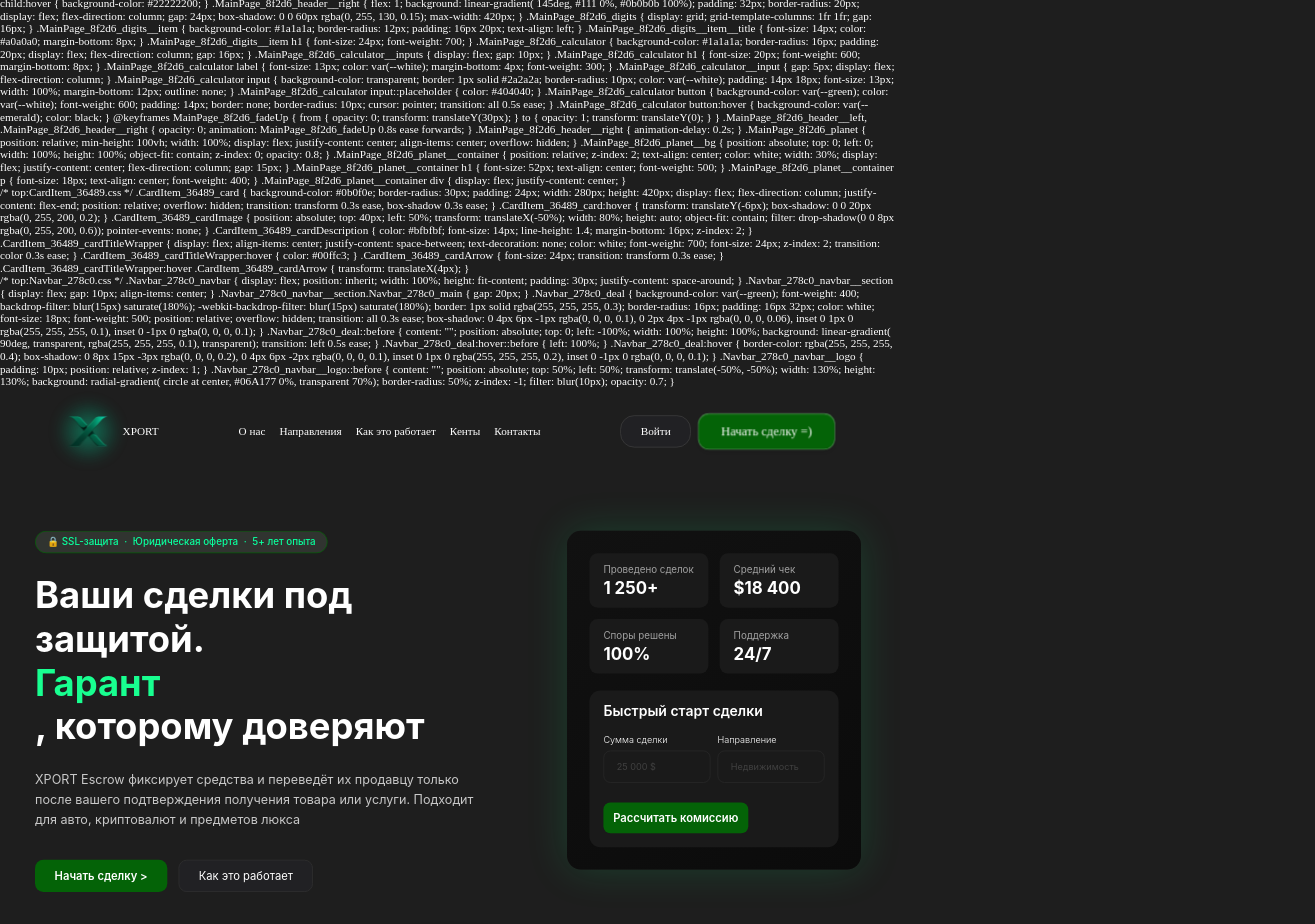
Repository: 1mpuryyyyy/x-port
Page: /x-port/
The author's editor kept a copy of each file at every save. The page is drawn from the files as they stood at one save, then again after the next save.
The browser window is 1280 px wide. The page is 1879 px wide, so the pictures cover 1879 px, including what lies to the right of the window. The pictures show the part of the page from y = 1336 to 2656 px (the page is 5090 px tall before and 5108 px after), at 70% of full size.
The project was rebuilt for these pictures with package versions that can differ from the ones it lists, and the page was loaded fresh each time. Also part of the build but not shown: vite.config.js.

Above is the page before, as saved 2025-10-09 03:24:33.

### index.html
<!doctype html>
<html lang="en">

<head>
    <meta charset="UTF-8" />
    <link rel="icon" type="image/svg+xml" href="/logo.svg" />
    <meta name="viewport" content="width=device-width, initial-scale=1.0" />
    <title>XPORT</title>
</head>

<body>
    <div id="root"></div>
    <script type="module" src="/src/main.jsx"></script>
</body>

</html>

### src/index.css
:root {
    --display: #1E1E1E;
    --grey: #212124;
    --green: #046307;
    --bg-card: #303430;
    --gold: #D79A19;
    --blue: #1735B1;
    --emerald: #00C36D;
    --light-green: #0AFF9D;
    --white: #ffff;
    --transparent: rgba(255, 255, 255, 0.15);
    --light-grey: #404040;
}

* {
    margin: 0;
    padding: 0;
    box-sizing: border-box;
    text-decoration: none;
    border: none;
    font-size: 100%;
    font: inherit;
    font-family: "Helvetica Neue", Helvetica, Arial, sans-serif;
    color: var(--white)
}

::-webkit-scrollbar {
    width: 8px;
}

::-webkit-scrollbar-track {
    background: transparent;
}

::-webkit-scrollbar-thumb {
    background-color: var(--transparent);
    backdrop-filter: blur(10px) saturate(180%);
    -webkit-backdrop-filter: blur(10px) saturate(180%);
    border-radius: 6px;
    border: 1px solid rgba(255, 255, 255, 0.1);
}

::-webkit-scrollbar-thumb:hover {
    background-color: rgba(255, 255, 255, 0.1);
    backdrop-filter: blur(12px) saturate(200%);
    -webkit-backdrop-filter: blur(12px) saturate(200%);
}

ol,
ul {
    list-style: none;
}

blockquote,
q {
    quotes: none;
}

table {
    border-collapse: collapse;
    border-spacing: 0;
}

button {
    border: none;
    cursor: pointer;
    border-radius: 20px;
    background-color: var(--grey);
    border: 1px solid;
    border-color: var(--light-grey);
    padding: 14px 28px;
    color: white;
    font-weight: 300;
    display: flex;
    align-items: center;
    justify-content: center;
    transition: 0.3s ease;
}

body {
    background-color: var(--display);
    min-height: 100vh;
    line-height: 1;
}

### src/App.jsx
import { Provider } from "react-redux";
import { RouterProvider, createBrowserRouter } from "react-router-dom";
import "./App.css";
import { MainPage } from "./components/MainPage/MainPage.jsx";
import Layout from "./components/Layout.jsx";

const router = createBrowserRouter(
    [
        {
            path: "/",
            element: <Layout />,
            children: [
                {
                    path: "",
                    element: <MainPage />,
                },
            ],
        },
    ],
    {
        basename: '/x-port',
    }
);


function App() {
    return (
        <>
            {/* <Provider store={store}> */}
            <RouterProvider router={router}></RouterProvider>
            {/* </Provider> */}
        </>
    );
}

export default App;

### src/App.css
:root {
    --display: #1E1E1E;
    --green: #046307;
    --bg-card: #303430;
    --gold: #D79A19;
    --blue: #1735B1;
    --emerald: #00C36D;
    --light-green: #0AFF9D;
    --white: #ffff;
}

* {
    display: block;
    margin: 0;
    padding: 0;
    box-sizing: border-box;
    text-decoration: none;
    border: none;
    font-size: 100%;
    font: inherit;
}

body {
    line-height: 1;
}

ol,
ul {
    list-style: none;
}

blockquote,
q {
    quotes: none;
}

blockquote:before,
blockquote:after,
q:before,
q:after {
    content: '';
    content: none;
}

table {
    border-collapse: collapse;
    border-spacing: 0;
}

### src/components/MainPage/MainPage.jsx
import style from './MainPage.module.css';
import planet from "../../assets/planet.png";
import house from "../../assets/house.png";
import car from "../../assets/car.png";
import CardItem from "../CardItem/CardItem";
import lux from "../../assets/lux.png";
import b2b from "../../assets/b2b.png";

export const MainPage = () => {
    return (
        <section>
            <div className={style.header}>
                <div className={style.header__left}>
                    <div className={style.header__left__benchmark}>
                        <span>🔒 SSL-защита</span>
                        <span>·</span>
                        <span>Юридическая оферта</span>
                        <span>·</span>
                        <span>5+ лет опыта</span>
                    </div>

                    <h1 className={style.header__left__title}>Ваши сделки под защитой. <span>Гарант</span>, которому доверяют</h1>
                    <p className={style.header__left__description}>XPORT Escrow фиксирует средства и переведёт их продавцу только после вашего подтверждения получения товара или услуги. Подходит для авто, криптовалют и предметов люкса</p>
                    <div className={style.header__left__buttons}>
                        <button className={style.greenButton}>Начать сделку {">"} </button>
                        <button>Как это работает </button>
                    </div>
                </div>
                <div className={style.header__right}>
                    <div className={style.digits}>
                        <div className={style.digits__item}>
                            <p className={style.digits__item__title}>Проведено сделок</p>
                            <h1>1 250+</h1>
                        </div>
                        <div className={style.digits__item}>
                            <p className={style.digits__item__title}>Средний чек</p>
                            <h1>$18 400</h1>
                        </div>
                        <div className={style.digits__item}>
                            <p className={style.digits__item__title}>Споры решены</p>
                            <h1>100%</h1>
                        </div>
                        <div className={style.digits__item}>
                            <p className={style.digits__item__title}>Поддержка</p>
                            <h1>24/7</h1>
                        </div>
                    </div>
                    <div className={style.calculator}>
                        <h1>Быстрый старт сделки</h1>
                        <div className={style.calculator__inputs}>
                            <div className={style.calculator__input}>
                                <label htmlFor="amount">Сумма сделки</label>
                                <input type="text" id="amount" placeholder="25 000 $" />
                            </div>
                            <div className={style.calculator__input}>
                                <label htmlFor="direction">Направление</label>
                                <input type="text" id="direction" placeholder="Недвижимость" />
                            </div>
                        </div>
                        <div>
                            <button>Рассчитать комиссию</button>
                        </div>
                    </div>
                </div>
            </div>
            <div className={style.planet}>
                <img
                    src={planet}
                    alt="planet background"
                    className={style.planet__bg}
                />
                <div className={style.planet__container}>
                    <h1>На любой точке планеты</h1>
                    <p>купи купи купи купи купи купи купи купи купи купи купи купи купи купи купи купи купи</p>
                    <div>
                        <button className={style.greenButton}>Начать сделку ={">"}</button>
                    </div>
                </div>
            </div>
            <div className={style.cards}>
                <CardItem
                    imageUrl={house}
                    title="Недвижимость >"
                    description="lorem ipsum lorem ipsum lorem ipsum lorem ipsum"
                    link="#"
                />
                <CardItem
                    imageUrl={car}
                    title="Автомобили >"
                    description="lorem ipsum lorem ipsum lorem ipsum lorem ipsum"
                    link="#"
                />
                <CardItem
                    imageUrl={lux}
                    title="Люкосвые товары >"
                    description="lorem ipsum lorem ipsum lorem ipsum lorem ipsum"
                    link="#"
                />
                <CardItem
                    imageUrl={b2b}
                    title="B2B сделки >"
                    description="lorem ipsum lorem ipsum lorem ipsum lorem ipsum"
                    link="#"
                />
            </div>

        </section>
    );
}

### src/components/Layout.jsx
// import { useSelector } from "react-redux";
import { Navigate, Outlet } from "react-router-dom";
import Navbar from "./Navbar/Navbar.jsx";;

export default function Layout() {
    // const isAuthenticated = useSelector(state => state.auth.isAuthenticated);
    return (
        <div>
            {/* {!isAuthenticated && <Navigate to={"/"} />} */}
            <Navbar />
            <Outlet />
        </div>
    );
}

### src/components/MainPage/MainPage.module.css
section {
    color: #ffffff;
    padding: 80px 50px;
    min-height: 100vh;
    display: flex;
    align-items: center;
    justify-content: center;
    font-family: 'Inter', sans-serif;
    flex-direction: column;
}

/* Общий контейнер */
.header {
    display: flex;
    justify-content: space-between;
    align-items: flex-start;
    gap: 80px;
    width: 100%;
    max-width: 1400px;
}

/* Левая часть */
.header__left {
    flex: 1;
    display: flex;
    flex-direction: column;
    gap: 30px;
}

.header__left__benchmark {
    background-color: #303430;
    border: 1px solid #046307;
    color: #0AFF9D;
    border-radius: 999px;
    display: inline-flex;
    align-items: center;
    gap: 8px;
    padding: 8px 16px;
    font-size: 14px;
    font-weight: 500;
    width: fit-content;
}

.header__left__benchmark span {
    color: #0AFF9D;
}

.header__left__title {
    font-size: 52px;
    font-weight: 700;
    line-height: 1.2;
    max-width: 640px;
}

.header__left__title span {
    color: #18ff90;
}

.header__left__description {
    font-size: 18px;
    color: #c8c8c8;
    max-width: 640px;
    line-height: 1.6;
}

.header__left__buttons {
    display: flex;
    gap: 16px;
    margin-top: 12px;
}

.greenButton {
    background-color: var(--green);
    color: var(--white);
    font-weight: 600;
    padding: 14px 28px;
    border: none;
    border-radius: 12px;
    cursor: pointer;
    transition: all 0.3s ease;
}

.greenButton:hover {
    background-color: var(--emerald);
    color: var(--black);
}

.header__left__buttons button:last-child {
    background-color: var(--grey);
    color: #fff;
    font-weight: 400;
    border: 1px solid #333;
    padding: 14px 28px;
    border-radius: 12px;
    cursor: pointer;
    transition: all 0.3s ease;
}

.header__left__buttons button:last-child:hover {
    background-color: #22222200;
}

/* Правая часть */
.header__right {
    flex: 1;
    background: linear-gradient(145deg, #111 0%, #0b0b0b 100%);

    padding: 32px;
    border-radius: 20px;
    display: flex;
    flex-direction: column;
    gap: 24px;
    box-shadow: 0 0 60px rgba(0, 255, 130, 0.15);
    max-width: 420px;
}

/* Цифры */
.digits {
    display: grid;
    grid-template-columns: 1fr 1fr;
    gap: 16px;
}

.digits__item {
    background-color: #1a1a1a;
    border-radius: 12px;
    padding: 16px 20px;
    text-align: left;
}

.digits__item__title {
    font-size: 14px;
    color: #a0a0a0;
    margin-bottom: 8px;
}

.digits__item h1 {
    font-size: 24px;
    font-weight: 700;
}

/* Калькулятор */
.calculator {
    background-color: #1a1a1a;
    border-radius: 16px;
    padding: 20px;
    display: flex;
    flex-direction: column;
    gap: 16px;
}

.calculator__inputs {
    display: flex;
    gap: 10px;
}

.calculator h1 {
    font-size: 20px;
    font-weight: 600;
    margin-bottom: 8px;
}

.calculator label {
    font-size: 13px;
    color: var(--white);
    margin-bottom: 4px;
    font-weight: 300;
}

.calculator__input {
    gap: 5px;
    display: flex;
    flex-direction: column;
}

.calculator input {
    background-color: transparent;
    border: 1px solid #2a2a2a;
    border-radius: 10px;
    color: var(--white);
    padding: 14px 18px;
    font-size: 13px;
    width: 100%;
    margin-bottom: 12px;
    outline: none;
}

.calculator input::placeholder {
    color: #404040;
}

.calculator button {
    background-color: var(--green);
    color: var(--white);
    font-weight: 600;
    padding: 14px;
    border: none;
    border-radius: 10px;
    cursor: pointer;
    transition: all 0.5s ease;
}

.calculator button:hover {
    background-color: var(--emerald);
    color: black;
}

@keyframes fadeUp {
    from {
        opacity: 0;
        transform: translateY(30px);
    }

    to {
        opacity: 1;
        transform: translateY(0);
    }
}

.header__left,
.header__right {
    opacity: 0;
    animation: fadeUp 0.8s ease forwards;
}

.header__right {
    animation-delay: 0.2s;
}

.planet {
    position: relative;
    min-height: 100vh;
    width: 100%;
    display: flex;
    justify-content: center;
    align-items: center;
    overflow: hidden;
}

.planet__bg {
    position: absolute;
    top: 0;
    left: 0;
    width: 100%;
    height: 100%;
    object-fit: contain;
    z-index: 0;
    opacity: 0.8;
}

.planet__container {
    position: relative;
    z-index: 2;
    text-align: center;
    color: white;
    width: 30%;
    display: flex;
    justify-content: center;
    flex-direction: column;
    gap: 15px;
}

.planet__container h1 {
    font-size: 52px;
    text-align: center;
    font-weight: 500;
}

.planet__container p {
    font-size: 18px;
    text-align: center;
    font-weight: 400;
}

.planet__container div {
    display: flex;
    justify-content: center;
}

### src/components/CardItem/CardItem.jsx
import styles from "./CardItem.module.css";

const CardItem = ({ imageUrl, title, description, link }) => {
    return (
        <div className={styles.card}>
            <img src={imageUrl} alt={title} className={styles.cardImage} />
            <p className={styles.cardDescription}>{description}</p>
            <a href={link} className={styles.cardTitleWrapper}>
                <span className={styles.cardTitle}>{title}</span>
            </a>
        </div>
    );
};

export default CardItem;

### src/components/Navbar/Navbar.jsx
import { Link } from 'react-router-dom'
import style from './Navbar.module.css'
import logo from '../../assets/logo.svg'

export default function Navbar() {
    return (
        <nav className={style["navbar"]} id='navbar'>
            <div className={style.navbar__section}>
                <Link to="/" className={style.navbar__logo}>
                    <img src={logo} alt="Логотип" title='XPORT' />
                </Link>
                <p className={style.logo__title}>
                    XPORT
                </p>
            </div>
            <div className={`${style.navbar__section} ${style.main}`}>
                <Link to="/">
                    <p>О нас</p>
                </Link>
                <Link to="/">
                    <p>Направления</p>
                </Link>
                <Link to="/">
                    <p>Как это работает</p>
                </Link>
                <Link to="/">
                    <p>Кенты</p>
                </Link>
                <Link to="/">
                    <p>Контакты</p>
                </Link>
            </div>
            <div className={style.navbar__section}>
                <Link>
                    <button>Войти</button>
                </Link>
                <Link>
                    <button className={style.deal}>Начать сделку =)</button>
                </Link>
            </div>
        </nav >);
};

### src/components/CardItem/CardItem.module.css
.card {
    background-color: #0b0f0e;
    /* глубокий тёмный */
    border-radius: 30px;
    padding: 24px;
    width: 280px;
    height: 420px;
    display: flex;
    flex-direction: column;
    justify-content: flex-end;
    position: relative;
    overflow: hidden;
    transition: transform 0.3s ease, box-shadow 0.3s ease;
}

.card:hover {
    transform: translateY(-6px);
    box-shadow: 0 0 20px rgba(0, 255, 200, 0.2);
}

/* Иконка / картинка */
.cardImage {
    position: absolute;
    top: 40px;
    left: 50%;
    transform: translateX(-50%);
    width: 80%;
    height: auto;
    object-fit: contain;
    filter: drop-shadow(0 0 8px rgba(0, 255, 200, 0.6));
    pointer-events: none;
}

/* Описание */
.cardDescription {
    color: #bfbfbf;
    font-size: 14px;
    line-height: 1.4;
    margin-bottom: 16px;
    z-index: 2;
}

/* Заголовок с ссылкой */
.cardTitleWrapper {
    display: flex;
    align-items: center;
    justify-content: space-between;
    text-decoration: none;
    color: white;
    font-weight: 700;
    font-size: 24px;
    z-index: 2;
    transition: color 0.3s ease;
}

.cardTitleWrapper:hover {
    color: #00ffc3;
}

.cardArrow {
    font-size: 24px;
    transition: transform 0.3s ease;
}

.cardTitleWrapper:hover .cardArrow {
    transform: translateX(4px);
}

### src/components/Navbar/Navbar.module.css
.navbar {
    display: flex;
    position: inherit;
    width: 100%;
    height: fit-content;
    padding: 30px;
    justify-content: space-around;
}

.navbar__section {
    display: flex;
    gap: 10px;
    align-items: center;
}

.navbar__section.main {
    gap: 20px;
}

.deal {
    background-color: var(--green);
    font-weight: 400;
    backdrop-filter: blur(15px) saturate(180%);
    -webkit-backdrop-filter: blur(15px) saturate(180%);
    border: 1px solid rgba(255, 255, 255, 0.3);
    border-radius: 16px;
    padding: 16px 32px;
    color: white;
    font-size: 18px;
    font-weight: 500;
    position: relative;
    overflow: hidden;
    transition: all 0.3s ease;
    box-shadow:
        0 4px 6px -1px rgba(0, 0, 0, 0.1),
        0 2px 4px -1px rgba(0, 0, 0, 0.06),
        inset 0 1px 0 rgba(255, 255, 255, 0.1),
        inset 0 -1px 0 rgba(0, 0, 0, 0.1);
}

.deal::before {
    content: '';
    position: absolute;
    top: 0;
    left: -100%;
    width: 100%;
    height: 100%;
    background: linear-gradient(90deg,
            transparent,
            rgba(255, 255, 255, 0.1),
            transparent);
    transition: left 0.5s ease;
}

.deal:hover::before {
    left: 100%;
}

.deal:hover {
    border-color: rgba(255, 255, 255, 0.4);
    box-shadow:
        0 8px 15px -3px rgba(0, 0, 0, 0.2),
        0 4px 6px -2px rgba(0, 0, 0, 0.1),
        inset 0 1px 0 rgba(255, 255, 255, 0.2),
        inset 0 -1px 0 rgba(0, 0, 0, 0.1);
}

.navbar__logo {
    padding: 10px;
    position: relative;
    z-index: 1;
}

.navbar__logo::before {
    content: '';
    position: absolute;
    top: 50%;
    left: 50%;
    transform: translate(-50%, -50%);
    width: 130%;
    height: 130%;
    background: radial-gradient(circle at center,
            #06A177 0%,
            transparent 70%);
    border-radius: 50%;
    z-index: -1;
    filter: blur(10px);
    opacity: 0.7;
}

Loaded but not shown: src/main.jsx (common file)

After the next save:
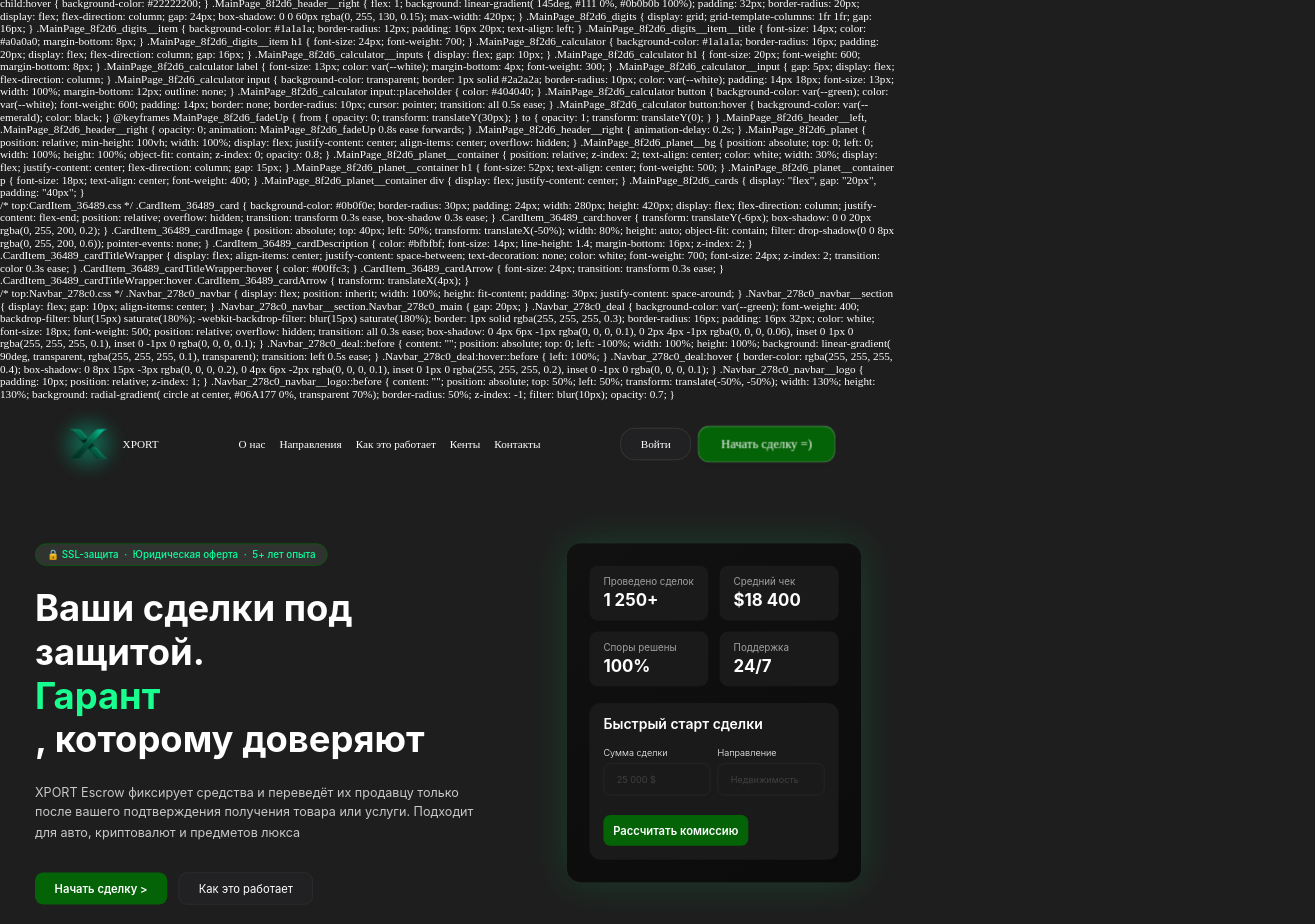
Saved 13 s later.
--- a/src/components/MainPage/MainPage.module.css
+++ b/src/components/MainPage/MainPage.module.css
@@ -276,3 +276,7 @@ section {
     display: flex;
     justify-content: center;
 }
+
+.cards {
+    display: "flex", gap: "20px", padding: "40px"
+}
